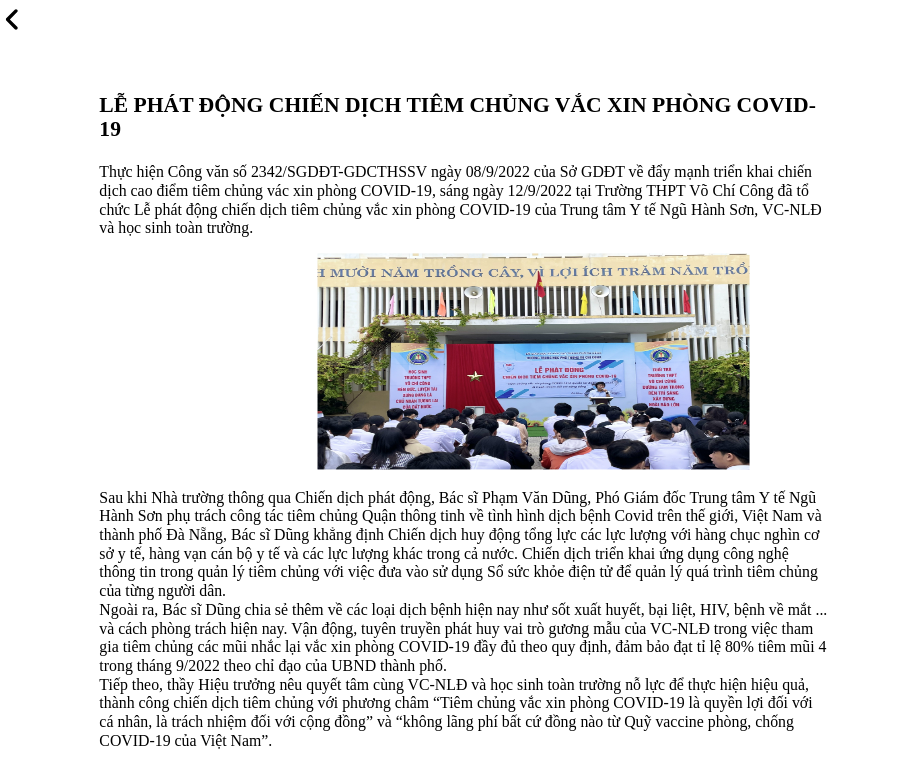
Repository: dphasst17/THPTVCC
Page: new/new_content/new_conten1.html
These files come from the project's save history. The page is drawn as it stood at one moment and after the next save; the edit follows.
The browser window is 1280 px wide. The pictures show the whole page, at 72% of full size.

Above is the page before, as saved 2022-10-13 10:56:11.

### new/new_content/new_conten1.html
<!DOCTYPE html>
<html lang="en">
<head>
    <meta charset="UTF-8">
    <meta http-equiv="X-UA-Compatible" content="IE=edge">
    <meta name="viewport" content="width=device-width, initial-scale=1.0">
    <title>Document</title>
    <style>
        .content{
            width:80%;
            height:auto;
            margin-top:100px;
            margin-left:130px;
        }
        p{
            font-size:22px;
        }
        h3{
            font-size:30px;
        }
        img{
            width:600px;
            height:300px;
            margin-left:30%;
        }
        .back{
            width:5%;
            height:20px;
        }
        .back svg{
            width:30%;
        }
    </style>
</head>
<body>
    <div class="back">
        <svg xmlns="http://www.w3.org/2000/svg" viewBox="0 0 256 512">
            <path d="M192 448c-8.188 0-16.38-3.125-22.62-9.375l-160-160c-12.5-12.5-12.5-32.75 0-45.25l160-160c12.5-12.5 32.75-12.5 45.25 0s12.5 32.75 0 45.25L77.25 256l137.4 137.4c12.5 12.5 12.5 32.75 0 45.25C208.4 444.9 200.2 448 192 448z"/>
        </svg>
    </div>
    <div class="content">
        <h3>LỄ PHÁT ĐỘNG CHIẾN DỊCH TIÊM CHỦNG VẮC XIN PHÒNG COVID-19</h3>
        <p>Thực hiện Công văn số 2342/SGDĐT-GDCTHSSV ngày 08/9/2022 của Sở GDĐT về đẩy mạnh triển khai chiến dịch cao điểm tiêm chủng vác xin phòng COVID-19, sáng ngày 12/9/2022 tại Trường THPT Võ Chí Công đã tổ chức Lễ phát động chiến dịch tiêm chủng vắc xin phòng COVID-19 của Trung tâm Y tế Ngũ Hành Sơn, VC-NLĐ và học sinh toàn trường.</p>
        <img src="../new_img/1.jpg" alt="">
        <p>Sau khi Nhà trường thông qua Chiến dịch phát động, Bác sĩ Phạm Văn Dũng, Phó Giám đốc Trung tâm Y tế Ngũ Hành Sơn phụ trách công tác tiêm chủng Quận thông tinh về tình hình dịch bệnh Covid trên thế giới, Việt Nam và thành phố Đà Nẵng,
            Bác sĩ Dũng khẳng định Chiến dịch huy động tổng lực các lực lượng với hàng chục nghìn cơ sở y tế, hàng vạn cán bộ y tế và các lực lượng khác trong cả nước.
            Chiến dịch triển khai ứng dụng công nghệ thông tin trong quản lý tiêm chủng với việc đưa vào sử dụng Sổ sức khỏe điện tử để quản lý quá trình tiêm chủng của từng người dân.
            <br>
            Ngoài ra, Bác sĩ Dũng chia sẻ thêm về các loại dịch bệnh hiện nay như sốt xuất huyết, bại liệt, HIV, bệnh về mắt ... và cách phòng trách hiện nay. Vận động, tuyên truyền phát huy vai trò gương mẫu của VC-NLĐ trong việc tham gia tiêm chủng các mũi nhắc lại vắc xin phòng COVID-19 đầy đủ theo quy định, đảm bảo đạt tỉ lệ 80% tiêm mũi 4 trong tháng 9/2022 theo chỉ đạo của UBND thành phố.
            <br>
            Tiếp theo, thầy Hiệu trưởng nêu quyết tâm cùng VC-NLĐ và học sinh toàn trường nỗ lực để thực hiện hiệu quả, thành công chiến dịch tiêm chủng với phương châm “Tiêm chủng vắc xin phòng COVID-19 là quyền lợi đối với cá nhân, là trách nhiệm đối với cộng đồng” và “không lãng phí bất cứ đồng nào từ Quỹ vaccine phòng, chống COVID-19 của Việt Nam”.
        </p>
    </div>
</body>
</html>

After the next save:
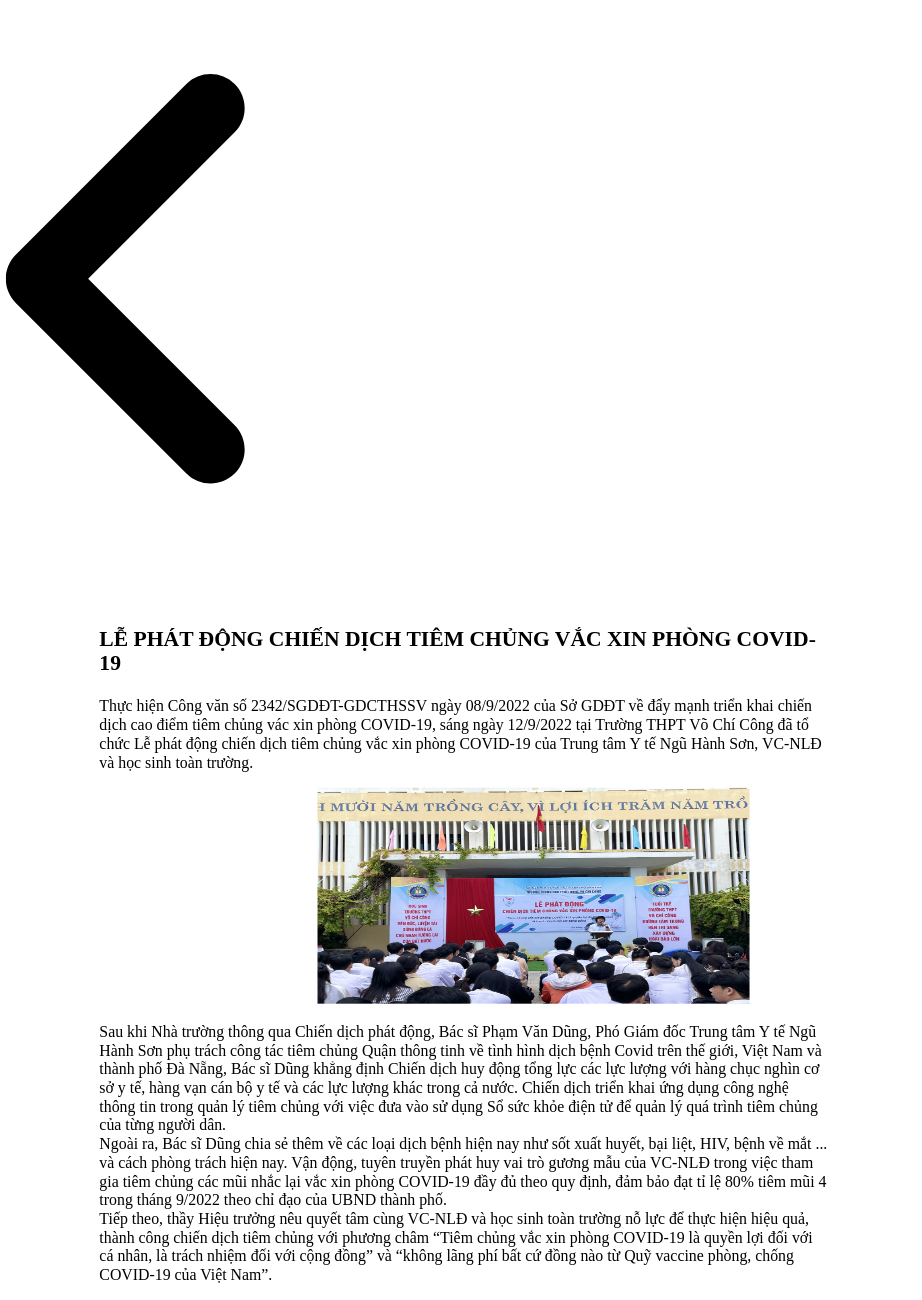
Saved 9 s later.
--- a/new/new_content/new_conten1.html
+++ b/new/new_content/new_conten1.html
@@ -22,10 +22,6 @@
             width:600px;
             height:300px;
             margin-left:30%;
-        }
-        .back{
-            width:5%;
-            height:20px;
         }
         .back svg{
             width:30%;
